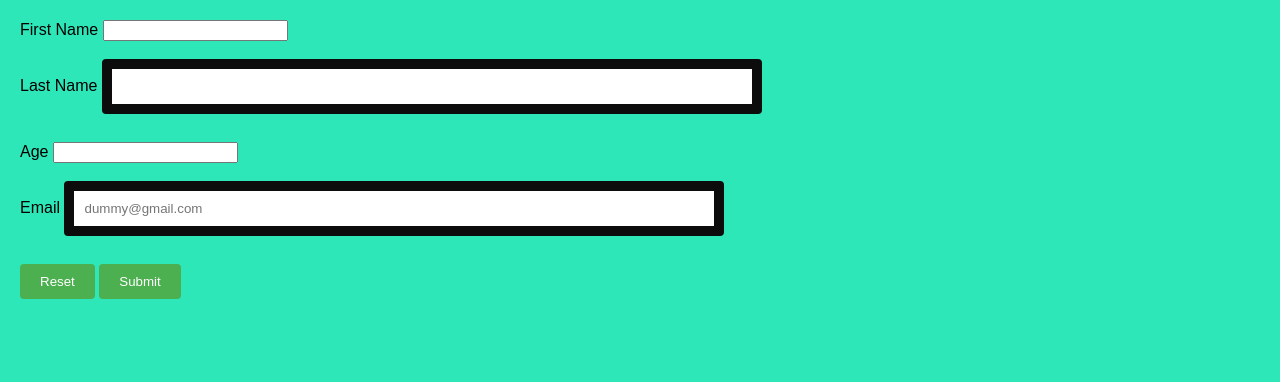
Repository: Haakim19/web-dev
Page: form.html
These files come from the project's save history. The page is drawn as it stood at one moment and after the next save; the edit follows.
The browser window is 1280 px wide. The pictures show the whole page.

Above is the page before, as saved 2024-06-02 16:16:07.

After the next save:
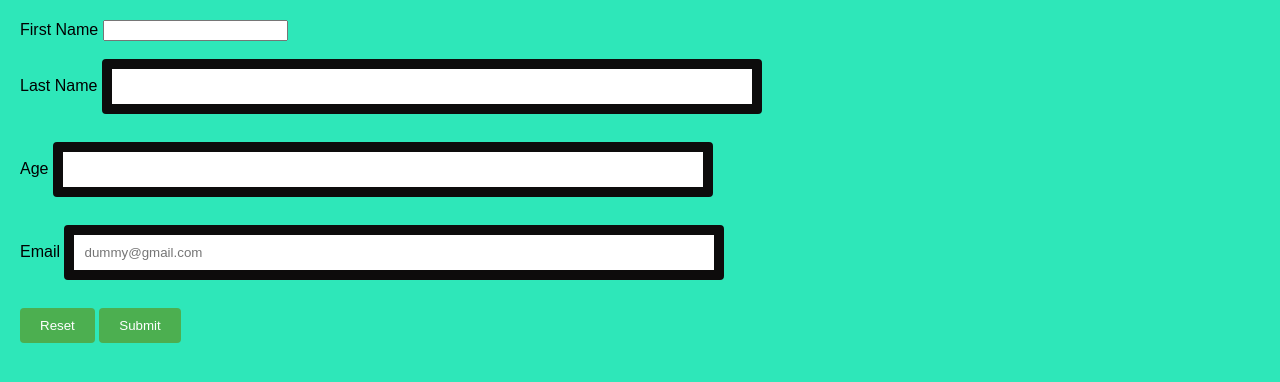
Saved 18 s later.
--- a/form.css
+++ b/form.css
@@ -15,7 +15,7 @@ form {
 input[type="fname"],
 input[type="lname"],
 input[type="email"],
-input[type="age"],
+input[type="number"],
 textarea {
 
     width: 50%;
